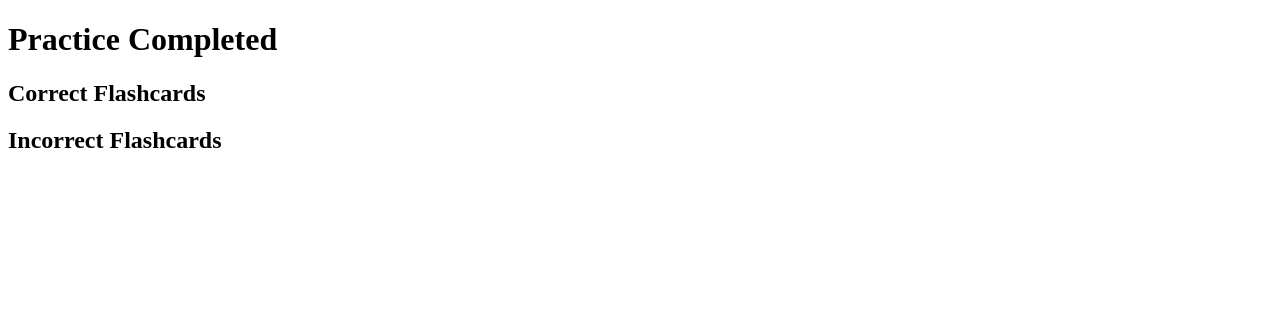
Repository: Oriyin/Algorithm_StudyHelper
Page: http://localhost/practice_completed
The author's editor kept a copy of each file at every save. The page is drawn from the files as they stood at one save, then again after the next save.
The browser window is 1280 px wide. The pictures show the whole page.
The page is served by the project's application, run on Flask 3 (backend/app.py). Other server files are loaded and not shown.

Above is the page before, as saved 2024-10-11 11:22:08.

### templates/practice_completed.html
<!DOCTYPE html>
<html lang="en">
<head>
    <meta charset="UTF-8">
    <meta name="viewport" content="width=device-width, initial-scale=1.0">
    <title>Practice Completed</title>
</head>
<body>
    <h1>Practice Completed</h1>

    <h2>Correct Flashcards</h2>
    <ul>
        {% for flashcard in correct_flashcards %}
            <li>{{ flashcard.term }} - {{ flashcard.meaning }}</li>
        {% endfor %}
    </ul>

    <h2>Incorrect Flashcards</h2>
    <ul>
        {% for flashcard in incorrect_flashcards %}
            <li>{{ flashcard.term }} - {{ flashcard.meaning }} | Incorrect Count: {{ flashcard.incorrect_count }}</li>
        {% endfor %}
    </ul>
</body>
</html>

### backend/app.py
# app.py

from flask import Flask, request, render_template, redirect, url_for
from algorithm import *

# Initialize the Flask application and specify the template folder
app = Flask(__name__, template_folder="../templates")

# Global variables for storing tasks and notes temporarily
tasks = []
notes = []
task_counter = 0  # A counter to uniquely identify each task

# Route for the home page
@app.route('/')
def home():
    return render_template('index.html')

# Route for managing tasks
@app.route('/tasks', methods=['GET', 'POST'])
def manage_tasks():
    global tasks, task_counter
    if request.method == 'POST':
        task_name = request.form.get('task_name')
        task_description = request.form.get('task_description')
        due_date = request.form.get('due_date')
        priority = int(request.form.get('priority'))

        if task_name and task_description and due_date:
            task_counter += 1  # Increment task counter for each new task
            tasks.append({
                'id': task_counter,  # Assign unique ID to each task
                'name': task_name,
                'description': task_description,
                'dueDate': due_date,
                'priority': priority,
                'completed': False
            })

            # Sort tasks by due date immediately (excluding completed tasks) using Insertion Sort
            tasks = insertion_sort([task for task in tasks if not task['completed']], 'dueDate') + [task for task in tasks if task['completed']]

            print("Updated tasks list:")
            print(tasks)

    todo_tasks = [task for task in tasks if not task['completed']]
    done_tasks = [task for task in tasks if task['completed']]

    return render_template('tasks.html', todo_tasks=todo_tasks, done_tasks=done_tasks, enumerate=enumerate)

# Route for managing notes
@app.route('/notes', methods=['GET', 'POST'])
def manage_notes():
    global notes
    if request.method == 'POST':
        note_title = request.form.get('note_title')
        note_content = request.form.get('note_content')

        if note_title and note_content:
            notes.append({
                'title': note_title,
                'content': note_content
            })
            print("Updated notes list:")
            print(notes)

    return render_template('notes.html', notes=notes, enumerate=enumerate)

# Route to edit a specific note by index
@app.route('/edit_note/<int:index>', methods=['POST'])
def edit_note(index):
    global notes
    new_title = request.form.get('edit_note_title')
    new_content = request.form.get('edit_note_content')

    if new_title and new_content:
        # Update the note with new values
        notes[index]['title'] = new_title
        notes[index]['content'] = new_content
        print("Updated notes list:")
        print(notes)

    return redirect(url_for('manage_notes'))

# Route to delete a specific note by index
@app.route('/delete_note/<int:index>', methods=['POST'])
def delete_note(index):
    global notes
    if index < len(notes):
        notes.pop(index)
        print("Updated notes list:")
        print(notes)
    return redirect(url_for('manage_notes'))

# Route to search through notes using a case-insensitive search with highlighted results
@app.route('/search_notes', methods=['POST'])
def search_notes():
    global notes
    search_pattern = request.form.get('search_pattern').lower()  # Make the search pattern lowercase
    search_results = []

    # Perform case-insensitive search on each note's title and content using naive string search
    for index, note in enumerate(notes):
        title = note['title']
        content = note['content']
        highlighted_content = content

        # Use naive string search to find matches (case-insensitive)
        matches = naive_string_search(content.lower(), search_pattern)  # Perform the search on lowercase text

        # If matches are found, highlight them in the content
        if matches:
            for match_index in matches:
                # Highlight the matched text using HTML <mark> tag
                match = content[match_index:match_index + len(search_pattern)]
                highlighted_content = highlighted_content.replace(match, f"<mark>{match}</mark>")
            search_results.append({
                'index': index,
                'title': title,
                'highlighted_content': highlighted_content
            })

    # If no matches are found, set a message to be displayed
    no_match_message = None
    if not search_results:
        no_match_message = "Don't have any file that match with finding word."

    return render_template('notes.html', notes=notes, search_results=search_results, no_match_message=no_match_message, search_pattern=search_pattern, enumerate=enumerate)

# Route to edit a specific task by index
@app.route('/edit_task/<int:index>', methods=['POST'])
def edit_task(index):
    global tasks
    new_name = request.form.get('edit_name')
    new_description = request.form.get('edit_description')
    new_due_date = request.form.get('edit_due_date')
    new_priority = int(request.form.get('edit_priority'))

    if new_name and new_description and new_due_date:
        # Update the task with new values
        tasks[index]['name'] = new_name
        tasks[index]['description'] = new_description
        tasks[index]['dueDate'] = new_due_date
        tasks[index]['priority'] = new_priority
        print("Updated tasks list:")
        print(tasks)

    # Re-sort tasks by due date immediately after editing using Insertion Sort
    tasks = insertion_sort([task for task in tasks if not task['completed']], 'dueDate') + [task for task in tasks if task['completed']]

    return redirect(url_for('manage_tasks'))

# Route to toggle a task's completion status using its unique ID
@app.route('/toggle_completed/<int:task_id>', methods=['POST'])
def toggle_completed(task_id):
    global tasks
    for task in tasks:
        if task['id'] == task_id:
            task['completed'] = not task['completed']
            print("Updated tasks list:")
            print(tasks)
            break
    # Re-sort the tasks to ensure they are in the correct order
    tasks = insertion_sort([task for task in tasks if not task['completed']], 'dueDate') + [task for task in tasks if task['completed']]
    return redirect(url_for('manage_tasks'))

# Route to delete a task by its unique ID
@app.route('/delete_task/<int:task_id>', methods=['POST'])
def delete_task(task_id):
    global tasks
    tasks = [task for task in tasks if task['id'] != task_id]
    print("Updated tasks list:")
    print(tasks)
    return redirect(url_for('manage_tasks'))

# Route to sort tasks by due date using Merge Sort
@app.route('/sort_by_due_date', methods=['POST'])
def sort_by_due_date():
    global tasks
    incomplete_tasks = [task for task in tasks if not task['completed']]
    # Use merge_sort to sort the incomplete tasks by 'dueDate'
    tasks = merge_sort(incomplete_tasks, 'dueDate') + [task for task in tasks if task['completed']]
    print("Updated tasks list:")
    print(tasks)
    return redirect(url_for('manage_tasks'))

# Route to sort tasks by priority
@app.route('/sort_by_priority', methods=['POST'])
def sort_by_priority():
    global tasks
    incomplete_tasks = [task for task in tasks if not task['completed']]
    tasks = counting_sort(incomplete_tasks, 'priority') + [task for task in tasks if task['completed']]
    print("Updated tasks list:")
    print(tasks)
    return redirect(url_for('manage_tasks'))

# Route to sort tasks by both due date and priority
@app.route('/sort_by_both', methods=['POST'])
def sort_by_both():
    global tasks
    incomplete_tasks = [task for task in tasks if not task['completed']]
    tasks = heap_sort(incomplete_tasks, 'dueDate', 'priority') + [task for task in tasks if task['completed']]
    print("Updated tasks list:")
    print(tasks)
    return redirect(url_for('manage_tasks'))

# Global variable to store flashcards
flashcards = []

@app.route('/flashcards', methods=['GET', 'POST'])
def manage_flashcards():
    global flashcards
    if request.method == 'POST':
        term = request.form.get('term')
        meaning = request.form.get('meaning')

        # สร้าง flashcard ใหม่และตรวจสอบซ้ำ
        new_flashcard = {'term': term, 'meaning': meaning, 'incorrect_count': 0}
        if uniqueness_testing(flashcards, new_flashcard):
            flashcards.append(new_flashcard)
            print("Flashcard added successfully!")
        else:
            print("Duplicate term found!")

    return render_template('flashcards.html', flashcards=flashcards)

@app.route('/start_practice', methods=['GET'])
def start_practice():
    return redirect(url_for('practice_flashcard', index=0))

@app.route('/practice_flashcard/<int:index>', methods=['GET', 'POST'])
def practice_flashcard(index):
    global flashcards
    if request.method == 'POST':
        is_correct = request.form.get('is_correct') == 'true'
        if not is_correct:
            flashcards[index]['incorrect_count'] += 1

        next_index = index + 1
        if next_index < len(flashcards):
            return redirect(url_for('practice_flashcard', index=next_index))
        else:
            return redirect(url_for('practice_completed'))

    flashcard = flashcards[index]
    return render_template('practice_flashcard.html', flashcard=flashcard, index=index)

@app.route('/practice_completed')
def practice_completed():
    correct_flashcards = [f for f in flashcards if f['incorrect_count'] == 0]
    incorrect_flashcards = [f for f in flashcards if f['incorrect_count'] > 0]
    return render_template('practice_completed.html', correct_flashcards=correct_flashcards, incorrect_flashcards=incorrect_flashcards)

# Run the Flask server
if __name__ == "__main__":
    app.run(debug=True)
    print(tasks)
    print(notes)

After the next save:
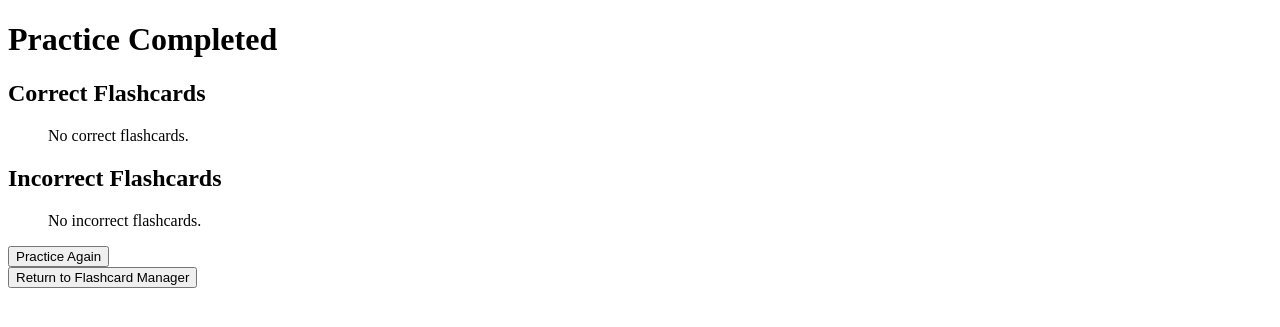
Saved 81 s later.
--- a/templates/practice_completed.html
+++ b/templates/practice_completed.html
@@ -10,16 +10,32 @@
 
     <h2>Correct Flashcards</h2>
     <ul>
-        {% for flashcard in correct_flashcards %}
-            <li>{{ flashcard.term }} - {{ flashcard.meaning }}</li>
-        {% endfor %}
+        {% if correct_flashcards %}
+            {% for flashcard in correct_flashcards %}
+                <li>{{ flashcard.term }} - {{ flashcard.meaning }}</li>
+            {% endfor %}
+        {% else %}
+            <p>No correct flashcards.</p>
+        {% endif %}
     </ul>
 
     <h2>Incorrect Flashcards</h2>
     <ul>
-        {% for flashcard in incorrect_flashcards %}
-            <li>{{ flashcard.term }} - {{ flashcard.meaning }} | Incorrect Count: {{ flashcard.incorrect_count }}</li>
-        {% endfor %}
+        {% if incorrect_flashcards %}
+            {% for flashcard in incorrect_flashcards %}
+                <li>{{ flashcard.term }} - {{ flashcard.meaning }}</li>
+            {% endfor %}
+        {% else %}
+            <p>No incorrect flashcards.</p>
+        {% endif %}
     </ul>
+
+    <form method="GET" action="{{ url_for('start_practice') }}">
+        <button type="submit">Practice Again</button>
+    </form>
+
+    <form method="GET" action="{{ url_for('manage_flashcards') }}">
+        <button type="submit">Return to Flashcard Manager</button>
+    </form>
 </body>
 </html>
